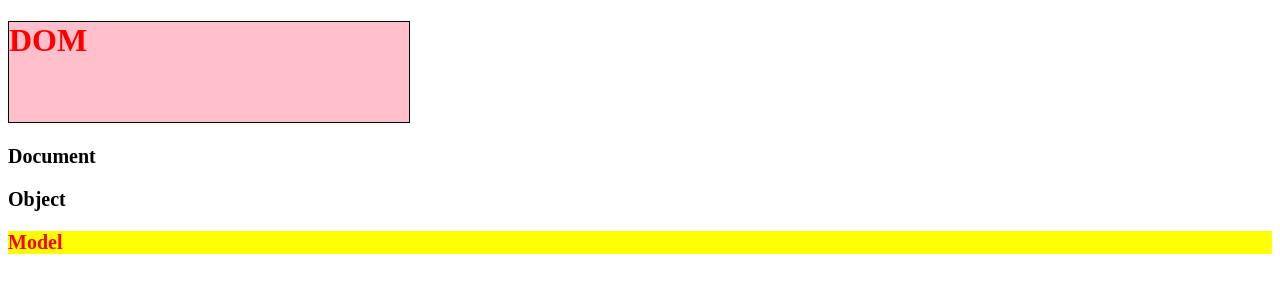
Repository: Dalso13/workspace
Page: workspace_web/chapter03_javascript/WebContent/08_DOM/Ex10_DOM_style.html
An editor plug-in stored every save of this project. The page is shown before and after the next save, followed by the edit.
The browser window is 1280 px wide. The pictures show the whole page.

Above is the page before, as saved 2023-05-12 06:52:45.

### workspace_web/chapter03_javascript/WebContent/08_DOM/Ex10_DOM_style.html
<!DOCTYPE html>
<html>
<head>
<meta charset="UTF-8">
<title>Insert title here</title>
<script type="text/javascript">
	onload = changeStyle;	// 괄호 없이!! 함수를 실행시키는것이 아닌 함수자체를 대입

	function changeStyle() {
		// 1. css 속성을 그대로 사용하는 경우 ( 하이픈 없이 단어 하나로 구성된 속성들 )
		//		.(마침표) 표기법 사용
		var h1 = document.querySelector("#heading");


		/*
			너비 400px, 높이 100px, 배경색 pink, 외각선 1px solid black
		*/
		h1.style.color = "red";
		h1.style.width = "400px";
		h1.style.height = "100px";
		h1.style.border = "1px solid black";
		h1.style.background = "pink";


		// 2. css 속성을 변경해서 사용하는 경우 ( 하이픈으로 이어진 두 단어 이상으로 구성된 속성들)
		//		하이픈(-)을 제거하고, camel case 형식으로 변경
		//		.(마침표) 표기법 사용
		var box = document.querySelector("#box");
		box.style.fontFamily = "궁서";
		// 글씨 크기 20px, 글씨 굵기 : 두껍게
		box.style.fontSize = "20px";
		box.style.fontWeight = "bold";

		// 3. css 속성을 그대로 사용해야 한다면!
		// 		[](대괄호) 표기법 사용
		var pList = document.querySelectorAll("p");
		pList[2].style["color"] = "red";
		pList[2].style["background-color"] = "yellow";
	}
</script>
</head>
<body>
	<h1 id="heading">DOM</h1>
	<div id="box">
		<p>Document</p>
		<p>Object</p>
		<p>Model</p>
	</div>
</body>
</html>

After the next save:
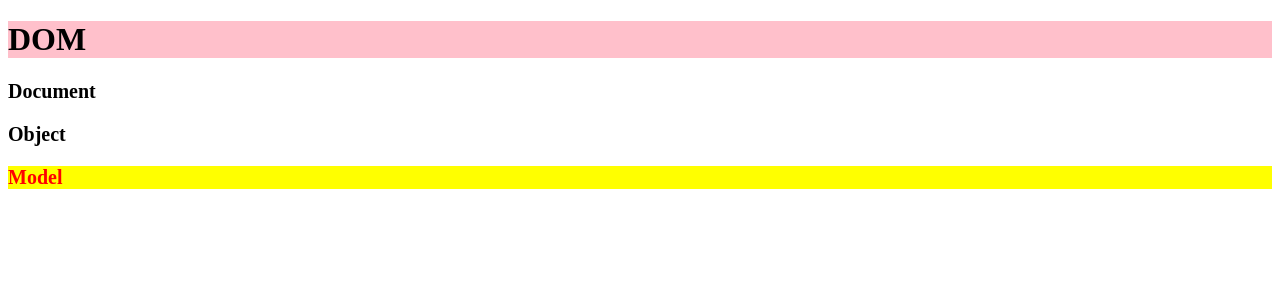
Saved 75 s later.
--- a/workspace_web/chapter03_javascript/WebContent/08_DOM/Ex10_DOM_style.html
+++ b/workspace_web/chapter03_javascript/WebContent/08_DOM/Ex10_DOM_style.html
@@ -19,7 +19,8 @@
 		h1.style.width = "400px";
 		h1.style.height = "100px";
 		h1.style.border = "1px solid black";
-		h1.style.background = "pink";
+		/* h1.style.background = "pink"; */
+		h1.style = "background-color : pink;"
 
 
 		// 2. css 속성을 변경해서 사용하는 경우 ( 하이픈으로 이어진 두 단어 이상으로 구성된 속성들)

After the 2 saves that followed:
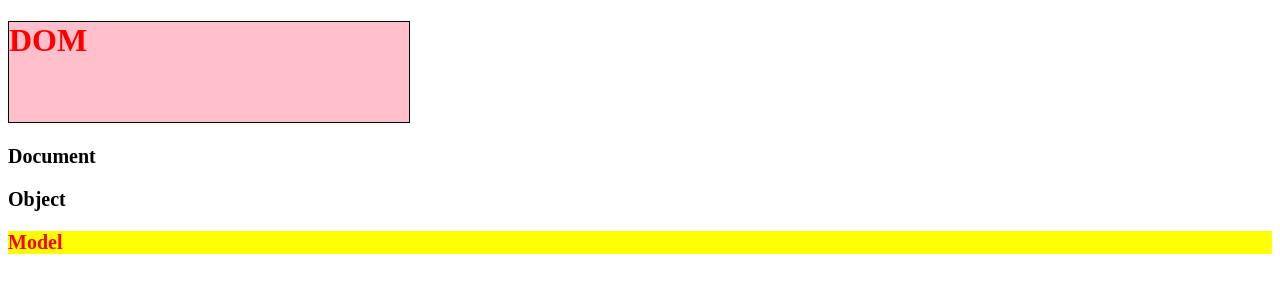
The 2 saves are shown as one change because 1 left the picture as it was.
The last was saved 22 s later.
--- a/workspace_web/chapter03_javascript/WebContent/08_DOM/Ex10_DOM_style.html
+++ b/workspace_web/chapter03_javascript/WebContent/08_DOM/Ex10_DOM_style.html
@@ -19,8 +19,8 @@
 		h1.style.width = "400px";
 		h1.style.height = "100px";
 		h1.style.border = "1px solid black";
-		/* h1.style.background = "pink"; */
-		h1.style = "background-color : pink;"
+		 h1.style.background = "pink";
+		/* h1.style = "background-color : pink"; */
 
 
 		// 2. css 속성을 변경해서 사용하는 경우 ( 하이픈으로 이어진 두 단어 이상으로 구성된 속성들)
